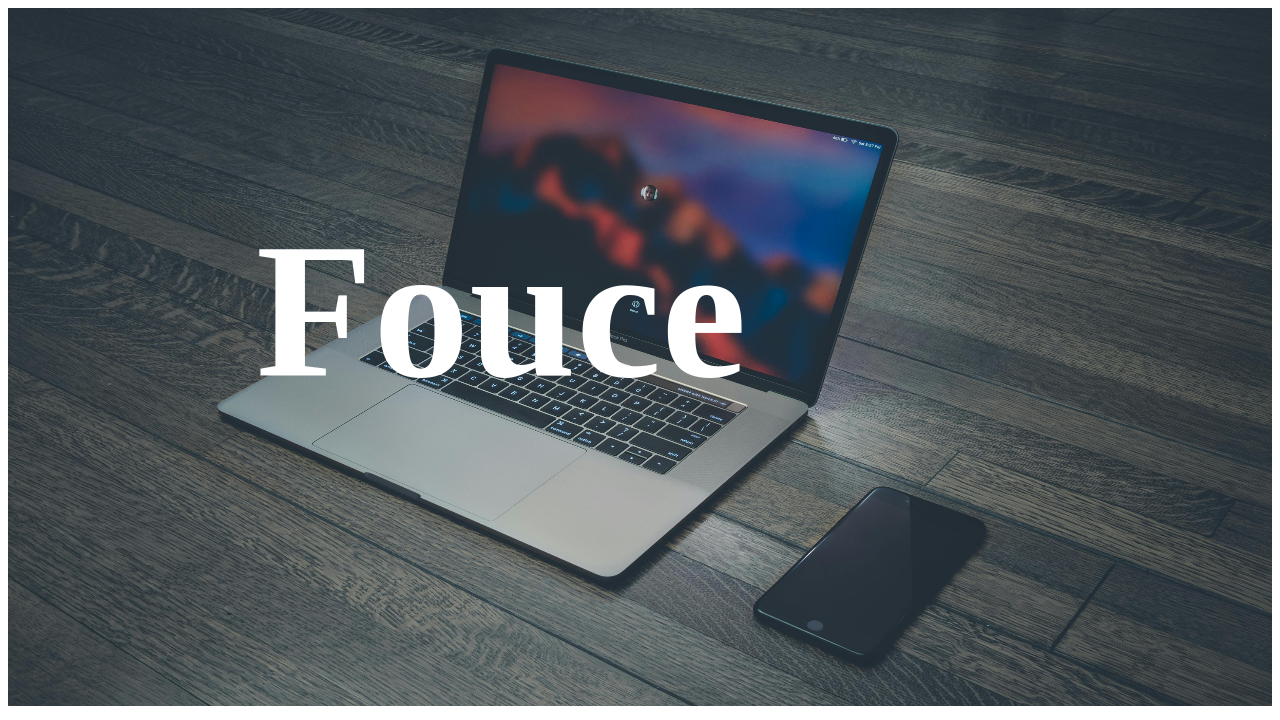
Repository: MrHadSheanas/Image_Fouce
Page: index.html
The author's editor kept a copy of each file at every save. The page is drawn from the files as they stood at one save, then again after a run of saves.
The browser window is 1280 px wide. The pictures show the whole page.

Above is the page before, as saved 2025-09-06 06:53:33.

### index.html
<!DOCTYPE html>
<html lang="en">
<head>
   <meta charset="UTF-8">
   <meta name="viewport" content="width=device-width, initial-scale=1.0">
   <title>Document</title>
   <link rel="stylesheet" href="style.css">
</head>
<body>

 <img src="pexels-veeterzy-303383.jpg" alt="">
  <h1>Fouce</h1>


</body>
</html>

### style.css
img{
   position: relative;
   width: 100%;
   height:97vh;
   display: flex;


}
h1{
   position: absolute;
   top:10vh;
   left:20%;
   font-size: 12em;
   font-weight: 800;
   color: white;
   transition: all 2s;


}

After the next 3 saves:
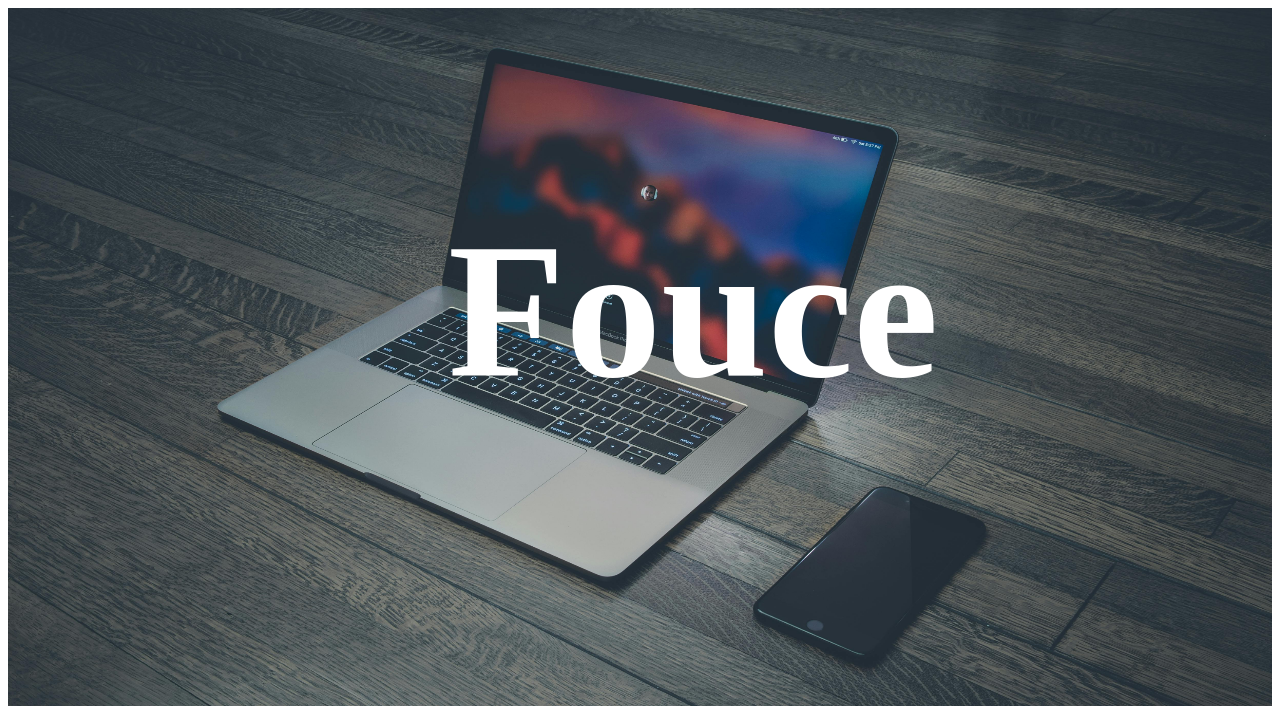
The 3 saves are shown as one change because they came seconds apart.
The last was saved 14 s later.
--- a/style.css
+++ b/style.css
@@ -9,7 +9,7 @@
 h1{
    position: absolute;
    top:10vh;
-   left:20%;
+   left:35%;
    font-size: 12em;
    font-weight: 800;
    color: white;
